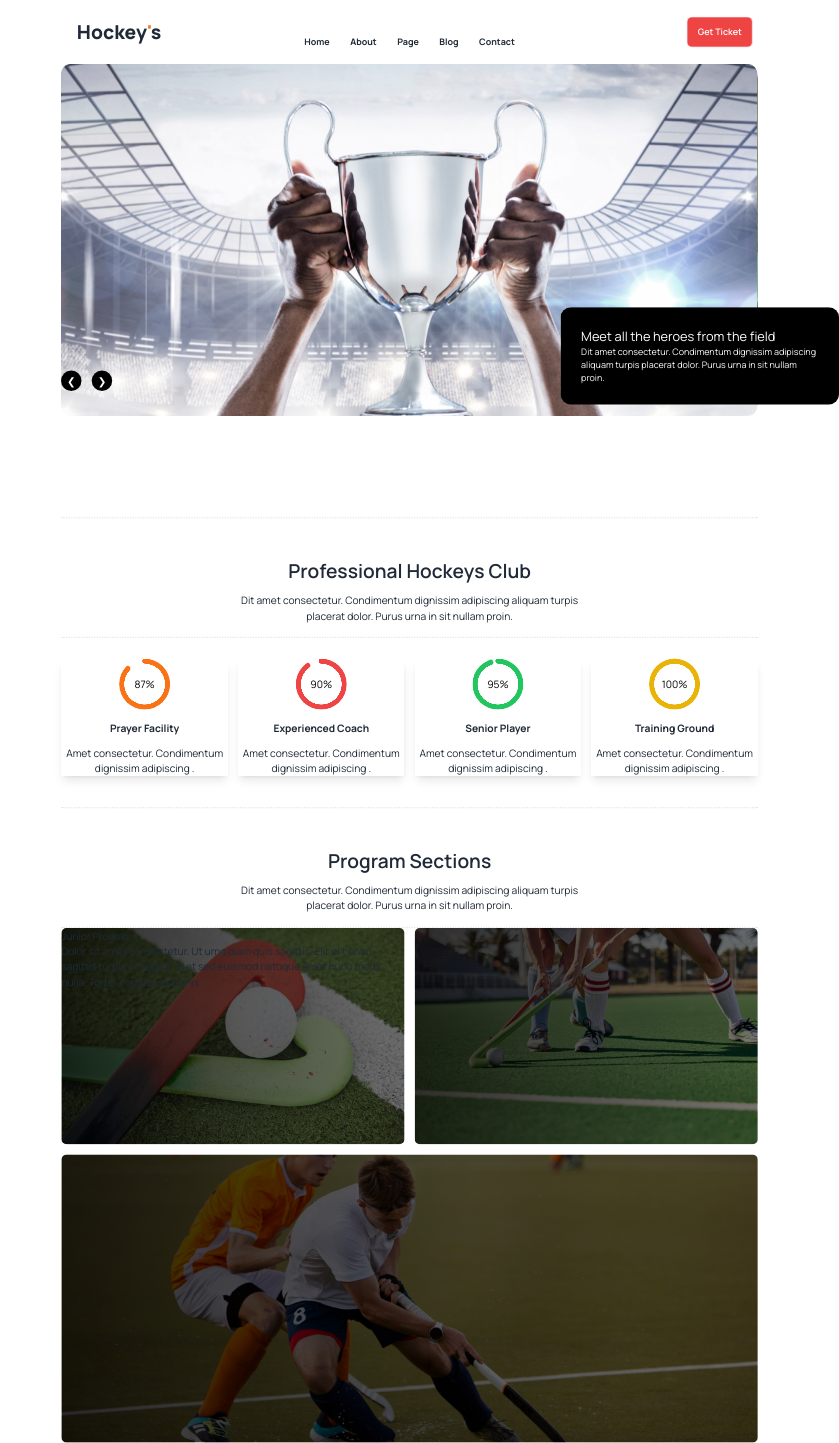
Repository: RudrasahaDibos/Hockey-
Page: index.html
These files come from the project's save history. The page is drawn as it stood at one moment and after a run of saves; the edit follows.
The browser window is 1280 px wide. The page is 1311 px wide, so the pictures cover 1311 px, including what lies to the right of the window. The pictures show the whole page, at 64% of full size.
Some web libraries are served in a nearby version.

Above is the page before, as saved 2024-10-23 22:33:22.

### index.html
<!DOCTYPE html>
<html lang="en">
<head>
    <meta charset="UTF-8">
    <meta name="viewport" content="width=device-width, initial-scale=1.0">
    <title>Hockeys</title>
    <!-- Tailwinds css -->
    <link href="https://cdn.jsdelivr.net/npm/daisyui@4.12.13/dist/full.min.css" rel="stylesheet" type="text/css" />
    <script src="https://cdn.tailwindcss.com"></script>
    <!-- Font asome -->
    <link rel="stylesheet" href="https://cdnjs.cloudflare.com/ajax/libs/font-awesome/6.6.0/css/all.min.css" integrity="sha512-Kc323vGBEqzTmouAECnVceyQqyqdsSiqLQISBL29aUW4U/M7pSPA/gEUZQqv1cwx4OnYxTxve5UMg5GT6L4JJg==" crossorigin="anonymous" referrerpolicy="no-referrer" />
   <!-- tailwind custom css -->
   <script>
    tailwind.config = {
      theme: {
        extend: {
          colors: {
            clifford: '#da373d',
          }
        }
      }
    }
  </script>
  <!-- google Font  -->
  <link rel="preconnect" href="https://fonts.googleapis.com">
  <link rel="preconnect" href="https://fonts.gstatic.com" crossorigin>
  <link href="https://fonts.googleapis.com/css2?family=Manrope:wght@200..800&display=swap" rel="stylesheet">

  <style>
.manrope {
  font-family: "Manrope", serif;
}
  </style>

</head>
<body class="manrope">
    <!-- header section start here -->
       <header class="container mx-auto lg:px-24 px-8">
                 <!-- navber start here -->
                     <nav>
                        <div class="navbar bg-base-100">
                            <div class="navbar-start">
                              <div class="dropdown">
                                <div tabindex="0" role="button" class="  lg:hidden">
                                  <svg
                                    xmlns="http://www.w3.org/2000/svg"
                                    class="h-5 w-5"
                                    fill="none"
                                    viewBox="0 0 24 24"
                                    stroke="currentColor">
                                    <path
                                      stroke-linecap="round"
                                      stroke-linejoin="round"
                                      stroke-width="2"
                                      d="M4 6h16M4 12h8m-8 6h16" />
                                  </svg>
                                </div>
                                <ul
                                  tabindex="0"
                                  class="menu menu-sm dropdown-content bg-base-100 rounded-box z-[1] mt-3 w-52 p-2 shadow">

                                    <li><a>Home</a></li>
                                    <li><a>About</a></li>
                                    <li><a>Page</a></li>
                                    <li><a>Blog</a></li>
                                    <li><a>Contact</a></li>

                                </ul>
                              </div>

                              <a class=" ml-4  text-2xl lg:text-3xl font-extrabold ">Hockey<span class="text-orange-500">'</span>s</a>

                            </div>
                            <div class="navbar-center hidden lg:flex">
                              <ul class="menu menu-horizontal px-1 mt-8">
                                <li class="hover:text-orange-500 font-bold"><a>Home</a></li>
                                <li  class="hover:text-orange-500 font-bold"><a>About</a></li>
                                <li  class="hover:text-orange-500 font-bold"><a>Page</a></li>
                                <li  class="hover:text-orange-500 font-bold"><a>Blog</a></li>
                                <li  class="hover:text-orange-500 font-bold"><a>Contact</a></li>
                              </ul>
                            </div>
                            <div class="navbar-end  lg:ml-0 ml-20">

                              <a class="btn bg-red-500 text-white  ">Get Ticket</a>
                            </div>
                          </div>
                     </nav>
                 <!-- navber end here -->

                  <!-- banner start here -->
                     <div>
                      <div class="carousel w-full">
                        <div id="slide1" class="carousel-item relative w-full ">
                          <img
                            src="Images/1.png"
                            class="w-full lg:h-[550px] " />
                          <div class="absolute lg:left-0 lg:right-0 lg:top-[90%] left-[90px] top-[80%] flex -translate-y-1/2 transform gap-4">
                            <div class=" h-8 w-8 rounded-full bg-black text-white flex justify-center items-center ">
                              <a href="#slide4" class="lg:btn lg:btn-circle">❮</a>
                            </div>
                            <div class="h-8 w-8 rounded-full bg-black text-white flex justify-center items-center">
                              <a href="#slide2" class="lg:btn lg:btn-circle ">❯</a>
                            </div>
                          </div>
                        </div>
                        <div id="slide2" class="carousel-item relative w-full">
                          <img
                            src="Images/2.png"
                            class="w-full lg:h-[550px]" />
                            <div class="absolute lg:left-0 lg:right-0 lg:top-[90%] left-[90px] top-[80%] flex -translate-y-1/2 transform gap-4">
                              <div class=" h-8 w-8 rounded-full bg-black text-white flex justify-center items-center ">
                                <a href="#slide1" class="lg:btn lg:btn-circle">❮</a>
                              </div>
                              <div class="h-8 w-8 rounded-full bg-black text-white flex justify-center items-center">
                                <a href="#slide3" class="lg:btn lg:btn-circle ">❯</a>
                              </div>
                            </div>
                        </div>
                        <div id="slide3" class="carousel-item relative w-full">
                          <img
                            src="Images/3.png"
                            class="w-full lg:h-[550px]" />
                            <div class="absolute lg:left-0 lg:right-0 lg:top-[90%] left-[90px] top-[80%] flex -translate-y-1/2 transform gap-4">
                              <div class=" h-8 w-8 rounded-full bg-black text-white flex justify-center items-center ">
                                <a href="#slide2" class="lg:btn lg:btn-circle">❮</a>
                              </div>
                              <div class="h-8 w-8 rounded-full bg-black text-white flex justify-center items-center">
                                <a href="#slide4" class="lg:btn lg:btn-circle ">❯</a>
                              </div>
                            </div>
                        </div>
                        <div id="slide4" class="carousel-item relative w-full">
                          <img
                            src="Images/4.png"
                            class="w-full lg:h-[550px]" />
                            <div class="absolute lg:left-0 lg:right-0 lg:top-[90%] left-[90px] top-[80%] flex -translate-y-1/2 transform gap-4">
                              <div class=" h-8 w-8 rounded-full bg-black text-white flex justify-center items-center ">
                                <a href="#slide3" class="lg:btn lg:btn-circle">❮</a>
                              </div>
                              <div class="h-8 w-8 rounded-full bg-black text-white flex justify-center items-center">
                                <a href="#slide1" class="lg:btn lg:btn-circle ">❯</a>
                              </div>
                            </div>
                        </div>
                      </div>

                        <!-- meet all hero  -->
                        <div class=" card bg-black  p-2 lg:p-8  lg:w-2/5 lg:-translate-y-44 lg:left-[780px]">
                          <div class="">
                            <h2 class="lg:text-xl bold text-white">Meet all the heroes from the field</h2>
                            <p class="text-sm text-white">Dit amet consectetur. Condimentum dignissim adipiscing aliquam   turpis placerat dolor. Purus urna in sit nullam proin. </p>

                          </div>
                        </div>
                      <!-- meet hero ebds -->


                     </div>


                   <!-- banner end here -->
       </header>
       <!-- Header section End here -->

       <!-- Main secetion start here  -->
        <main>
                      <!-- Professional Hockeys Club start here -->
                         <section class=" container mx-auto lg:px-24 px-8 lg:mt-0  mt-5  ">
                                 <div class="text-center space-y-4 border-dotted border-t-2 border-b-2  border-separate h-[189px] lg:pt-16">
                                     <h1 class=" text-xl lg:text-3xl font-semibold">Professional Hockeys Club</h1>
                                     <p class="lg:w-[50%] lg:mx-auto">Dit amet consectetur. Condimentum dignissim adipiscing aliquam turpis placerat dolor. Purus urna in sit nullam proin. </p>
                                 </div>
                                  <div class="mt-8">
                                        <div class="grid grid-cols-1 md:gird-cols-2 lg:grid-cols-4 gap-4 ">
                                                <div class=" h-50 shadow-lg space-y-4 flex flex-col justify-center items-center">
                                                  <div class="radial-progress text-orange-500  " style="--value:87;" role="progressbar"><span class="text-black"> 87%</span></div>
                                                    <h3 class="font-bold">Prayer Facility</h3>
                                                    <p class="text-center">Amet consectetur. Condimentum dignissim adipiscing .</p>
                                                </div>
                                                <div class=" h-50 shadow-lg space-y-4 flex flex-col justify-center items-center">
                                                  <div class="radial-progress text-red-500  " style="--value:90;" role="progressbar"><span class="text-black"> 90%</span></div>
                                                    <h3 class="font-bold">Experienced Coach</h3>
                                                    <p class="text-center">Amet consectetur. Condimentum dignissim adipiscing .</p>
                                                </div>
                                                <div class=" h-50  shadow-lg space-y-4 flex flex-col justify-center items-center">
                                                  <div class="radial-progress text-green-500  " style="--value:95;" role="progressbar"><span class="text-black"> 95%</span></div>
                                                    <h3 class="font-bold">Senior Player</h3>
                                                    <p class="text-center">Amet consectetur. Condimentum dignissim adipiscing .</p>
                                                </div>
                                                <div class=" h-50 shadow-lg space-y-4 flex flex-col justify-center items-center">
                                                  <div class="radial-progress text-yellow-500  " style="--value:100;" role="progressbar"><span class="text-black"> 100%</span></div>
                                                    <h3 class="font-bold">Training Ground</h3>
                                                    <p class="text-center">Amet consectetur. Condimentum dignissim adipiscing .</p>
                                                </div>
                                        </div>
                                  </div>

                         </section>
                       <!-- Professional Hockeys Club end here -->


                       <!-- Program Sections start here -->
                            <section class="container mx-auto lg:px-24 px-8 mt-12 ">
                              <div class="text-center space-y-4 border-dotted border-t-2 border-b-2  border-separate h-[189px] lg:pt-16">
                                <h1 class=" text-xl lg:text-3xl font-semibold">Program Sections</h1>
                                <p class="lg:w-[50%] lg:mx-auto">Dit amet consectetur. Condimentum dignissim adipiscing aliquam turpis placerat dolor. Purus urna in sit nullam proin. </p>
                            </div>
                               <div>
                                <div class="grid  grid-cols-1 lg:grid-cols-2 gap-4">

                                  <div class=" relative bg-no-repeat rounded-lg  bg-center bg-cover  w-full bg-[linear-gradient(90deg,rgb(0,0,0,0.8),rgb(0,0,0,0.5)),url(./images/2.png)] h-[338px]">

                                    <h2>Junior Program</h2>
                                    <p>Dolor sit amet consectetur. Ut urna diam quis sagittis. Elit elit
                                      enim sagittis turpis in magna. Id et sed euismod natoque amet nunc morbi nulla. Tortor congue sed et in.</p>
                                     <button></button>
                                 </div>

                                  <div class="relative  bg-no-repeat rounded-lg  bg-center bg-cover  w-full bg-[linear-gradient(90deg,rgb(0,0,0,0.8),rgb(0,0,0,0.5)),url(./images/3.png)]  h-[338px]">

                                  </div>
                                  <div class=" lg:col-span-2 relative  rounded-lg  bg-center bg-cover w-full bg-[linear-gradient(90deg,rgb(0,0,0,0.8),rgb(0,0,0,0.5)),url(./images/4.png)] h-[450px]">

                                  </div>
                                </div>
                               </div>
                            </section>

                       <!-- Program Sections end here -->
        </main>
        <!-- main section end here -->

</body>
</html>

After the next 3 saves:
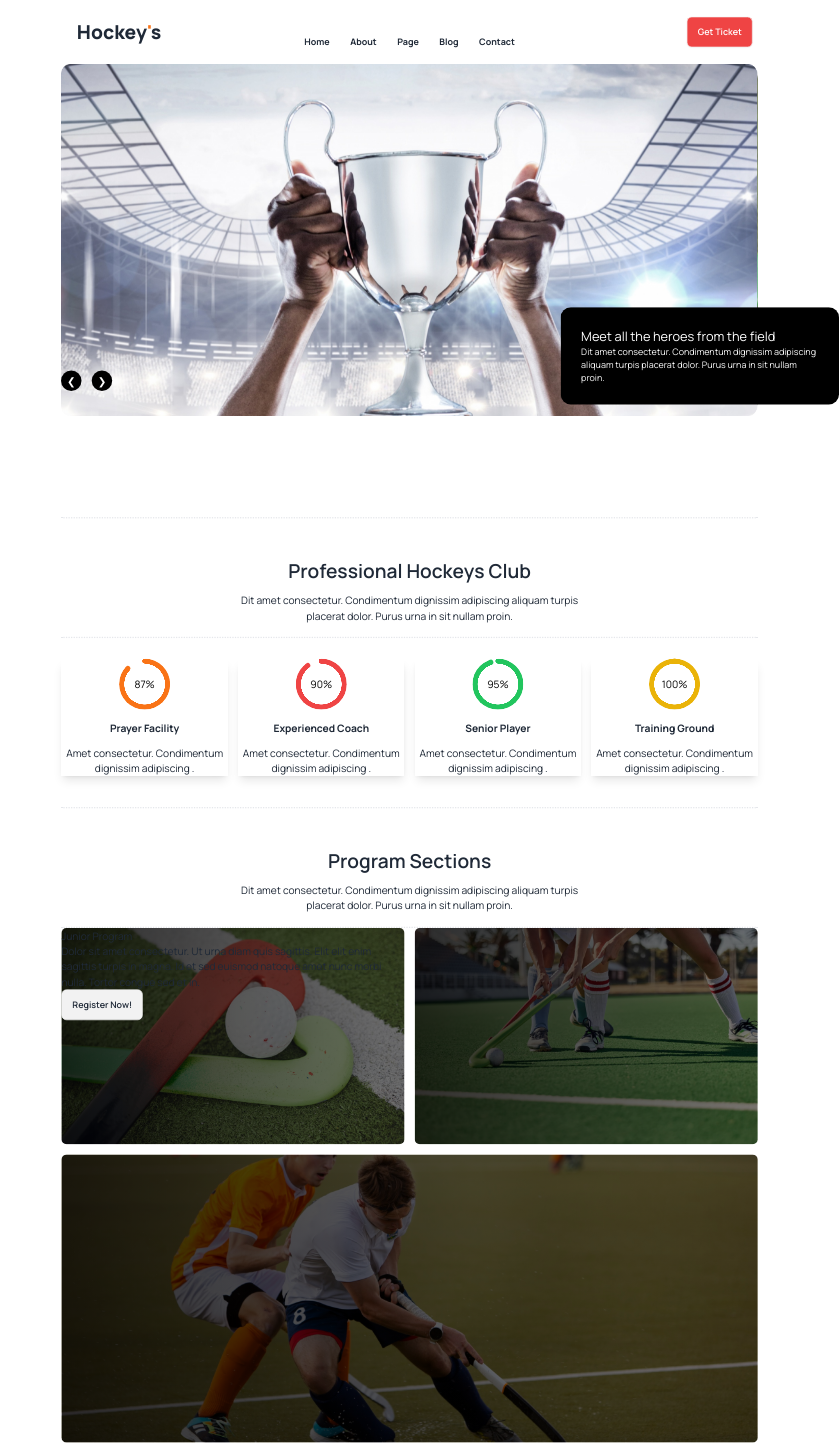
The 3 saves are shown as one change because they came seconds apart.
The last was saved 12 s later.
--- a/index.html
+++ b/index.html
@@ -214,7 +214,7 @@
                                     <h2>Junior Program</h2>
                                     <p>Dolor sit amet consectetur. Ut urna diam quis sagittis. Elit elit
                                       enim sagittis turpis in magna. Id et sed euismod natoque amet nunc morbi nulla. Tortor congue sed et in.</p>
-                                     <button></button>
+                                     <button class="btn">Register Now!</button>
                                  </div>
 
                                   <div class="relative  bg-no-repeat rounded-lg  bg-center bg-cover  w-full bg-[linear-gradient(90deg,rgb(0,0,0,0.8),rgb(0,0,0,0.5)),url(./images/3.png)]  h-[338px]">
